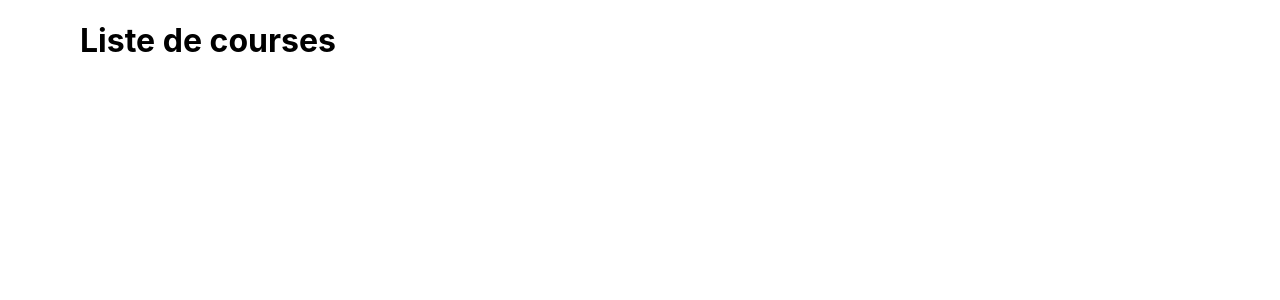
Repository: Retroscilo/partiel-js
Page: /
The author's editor kept a copy of each file at every save. The page is drawn from the files as they stood at one save, then again after the next save.
The browser window is 1280 px wide. The pictures show the whole page.
The project was rebuilt for these pictures with package versions that can differ from the ones it lists, and the page was loaded fresh each time.

Above is the page before, as saved 2022-02-23 09:04:42.

After the next save:
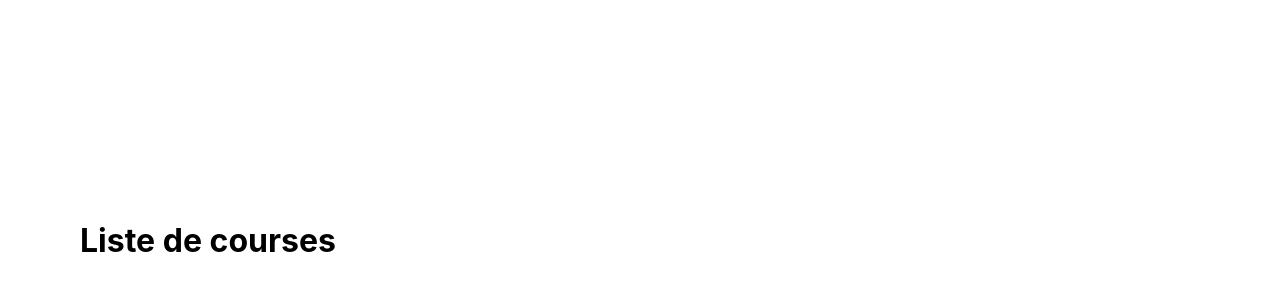
Saved 9 s later.
--- a/src/App.css
+++ b/src/App.css
@@ -1,6 +1,7 @@
 .App {
   max-width: 1120px;
   margin: auto;
+  padding-top: 200px;
 }
 
 .App-logo {
